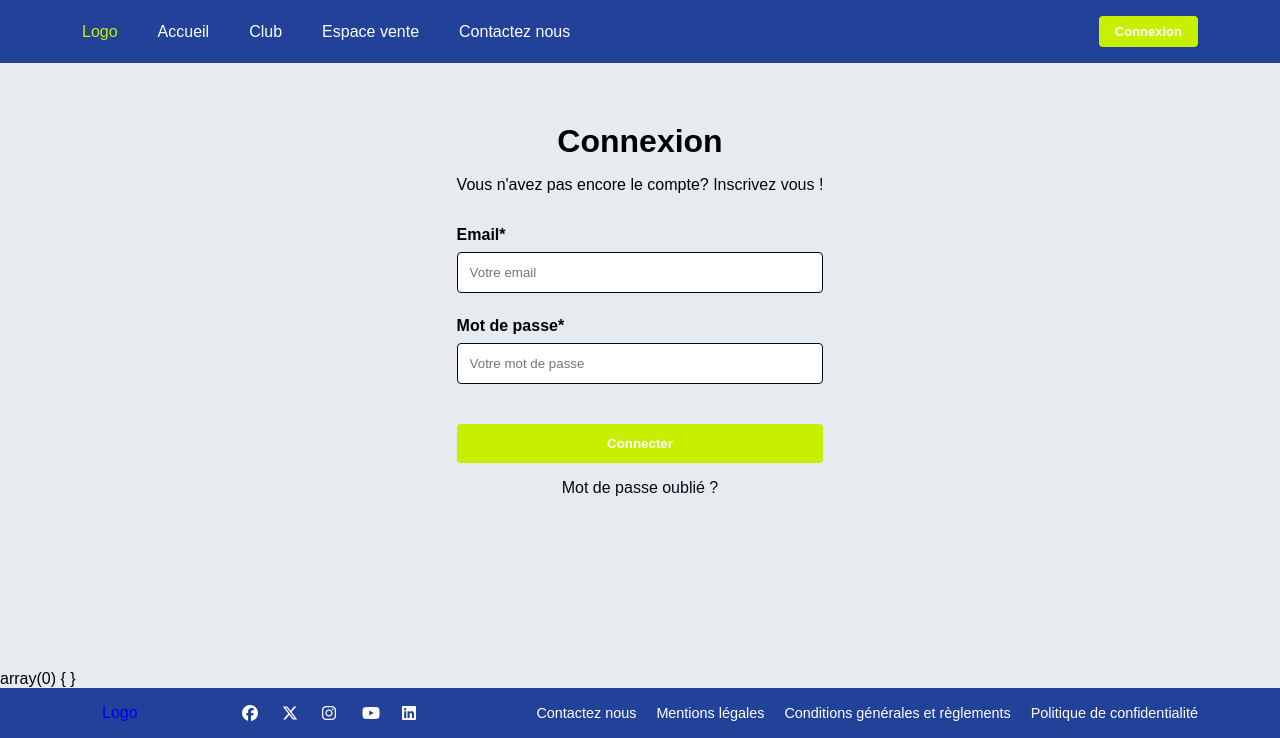
Repository: ZacZacovi4/projet_v2
Page: http://localhost/index.php?page=login
The author's editor kept a copy of each file at every save. The page is drawn from the files as they stood at one save, then again after the next save.
The browser window is 1280 px wide. The pictures show the whole page.
The page is run by PHP 8.4 with error messages shown; the project is at /var/www/html/.

Above is the page before, as saved 2025-05-18 20:51:55.
Console error: TypeError: Cannot set properties of null (setting 'onclick')

After the next save:
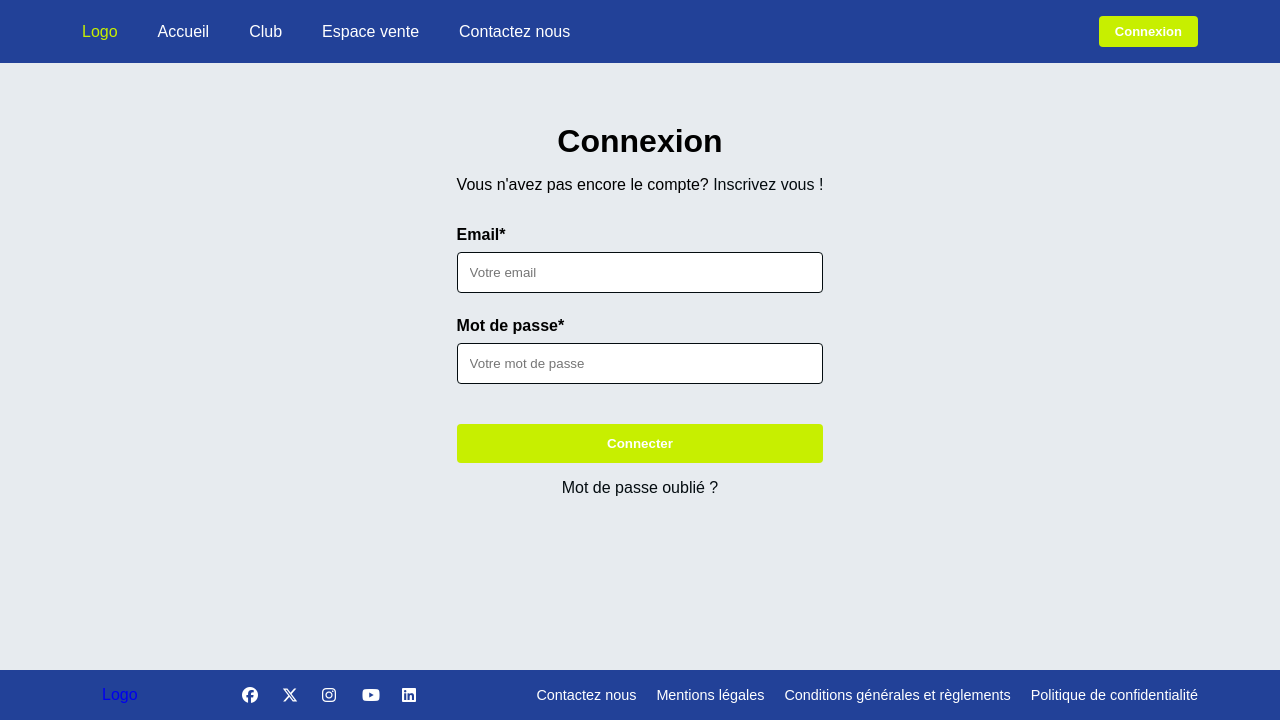
Saved 3 min 35 s later.
--- a/public/index.php
+++ b/public/index.php
@@ -23,14 +23,10 @@ if (isset($routes[$page])) {
       if (!empty($route['model'])) {
             require_once __DIR__ . "/../model/{$route['model']}.php";
       }
-
-      // exit();
       require_once __DIR__ . '/../template/partial/_header.html.php';
       if (!empty($route["template"])) {
             require_once __DIR__ . "/../template/{$route['template']}.html.php";
       }
-      var_dump($_SESSION);
-
       require_once __DIR__ . '/../template/partial/_footer.html.php';
 } else {
       include __DIR__ . '/../template/public/404.html.php';
